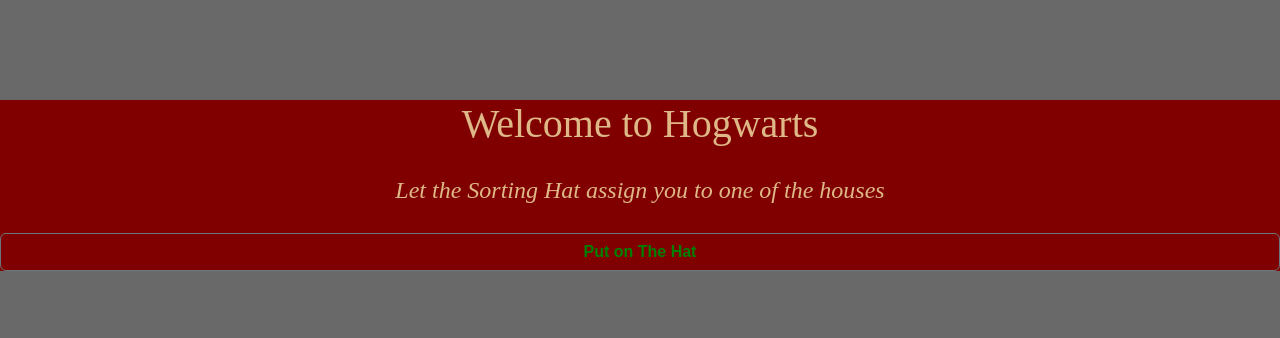
Repository: fernandabenavides618nash/INDIVIDUAL-PROJECT-sorting-hat
Page: index.html
The author's editor kept a copy of each file at every save. The page is drawn from the files as they stood at one save, then again after the next save.
The browser window is 1280 px wide. The pictures show the whole page.

Above is the page before, as saved 2023-05-04 14:42:50.

### index.html
<!DOCTYPE html>
<html lang="en">
<head>
  <meta charset="UTF-8">
  <meta http-equiv="X-UA-Compatible" content="IE=edge">
  <meta name="viewport" content="width=device-width, initial-scale=1.0">
  <title>sorting hat</title>
  <link href="https://cdn.jsdelivr.net/npm/bootstrap@5.3.0-alpha3/dist/css/bootstrap.min.css" rel="stylesheet"            integrity="sha384-KK94CHFLLe+nY2dmCWGMq91rCGa5gtU4mk92HdvYe+M/SXH301p5ILy+dN9+nJOZ" crossorigin="anonymous">
  <link rel="stylesheet" href="main.css">
</head>
<body>
  <div class="intro" id="intro-screen"></div>
  <div class="form" id="form-div"></div>
  <div class="school" id="school-div"></div>
  <div class="app" id="app"></div>
  <script src="https://cdn.jsdelivr.net/npm/bootstrap@5.3.0-alpha3/dist/js/bootstrap.bundle.min.js" integrity="sha384-ENjdO4Dr2bkBIFxQpeoTz1HIcje39Wm4jDKdf19U8gI4ddQ3GYNS7NTKfAdVQSZe" crossorigin="anonymous"></script>
  <script src="main.js"></script>
</body>
</html>

### main.css
body{
  background-color:#6a6969;
}

#intro-screen {
  background-color: maroon;
  display: flex;
  flex-direction: column;
  margin-top: 100px;
  margin-bottom: 100px;
}
.intro h1 {
  display: flex;
  justify-content: center;
  font-family: 'Times New Roman', Times, serif;
  color: burlywood;
  margin-bottom: 28px;
}

.intro h4 {
  display: flex;
  justify-content: center;
  font-family:cursive;
  color: burlywood;
  font-style: italic;
  margin-bottom: 28px;
}

#startButton {
  color: green;
  font-family: sans-serif;
  font-weight: bolder;
}

### main.js
console.log("here");

// Data

const army = [];

const houses = [
  {
    number: 1,
    name: "Gryffindor",
    color: "red",
  },
  {
    number: 2,
    name: "Hufflepuff",
    color: "yellow",
  },
  {
    number: 3,
    name: "Ravenclaw",
    color: "blue",
  },
  {
    number: 4,
    name: "Slytherin",
    color: "green",
  },
];

const voldemort = [
  {
    name: "'Voldemort's Army",
    color: "black",
  },
];

const formHtml = `<div  class="row gy-2 gx-3 align-items-center">
    <div class="col-auto">
      <label class="visually-hidden" for="name">Name</label>
      <input type="text" class="form-control" id="name" placeholder="Jane Doe">
    </div>
      <button id="sort" class="btn btn-primary" >Sort!</button>
    </div>
  </div>`;

const renderToDom = (divId, htmlToRender) => {
  const selectedDivId = document.querySelector(divId); // a variable that stores the desired div (first parameter)
  selectedDivId.innerHTML = htmlToRender; // applies the .innerHTML property to the variable that stores the desired div and results in the htmlToRender (second parameter)
};

const addRenderToDom = (divId, htmlToRender) => {
  const selectedDivId = document.querySelector(divId); // a variable that stores the desired div (first parameter)
  selectedDivId.innerHTML += htmlToRender; // applies the .innerHTML property to the variable that stores the desired div and results in the htmlToRender (second parameter)
};

const start = () => {
  const initialScreen = `<div><h1>Welcome to Hogwarts</h1></div><div><h4>Let the Sorting Hat assign you to one of the houses</h4></div><button type="button" class="btn btn-outline-secondary" id='startButton'>Put on The Hat</button>`;
  renderToDom("#intro-screen", initialScreen);
  const showFormButton = document.querySelector("#startButton");
  showFormButton.addEventListener("click", () => {
    const schoolString = `<div class="students" id="students-div"><h3>Hogwarts</h3></div>
    <div class="expelled" id="expelled-div"><h3>Voldemorts</h3></div>`
    renderToDom('#school-div', schoolString)
    renderToDom("#form-div", formHtml);
    const btnSort = document.querySelector('#sort')
    btnSort.addEventListener('click', () => {
      const name = document.querySelector('#name').value
      createNewStudent(name)
    })

  });
};
start();


const createNewStudent = (name) => {
  const houseNumber = Math.floor(Math.random() * 4)
  console.log(houseNumber)
  let houseName = ""
   houses.forEach(house => {
      if(house.number === houseNumber + 1){
        houseName += house.name
      }

   })
   createStudentCard(name, houseName)

}

const createStudentCard = (name, house) => {
  const domString = `<div class="card w-75">
  <div class="card-body">
    <h5 class="card-title">${name}</h5>
    <p class="card-text">${house}</p>
    <a href="#" class="btn btn-primary" id="btn${name}">Expel</a>
  </div>
</div>`
addRenderToDom('#students-div', domString)
const btn = document.querySelector(`#btn${name}`)
btn.addEventListener('click', () => {

})
}






/*const createNewStudent = () => {
  e.preventDefault();
  const newStudentCard = {
    name: document.querySelector("#name").value,
    house: Math.floor(Math.random() * 4),
    expel: document.querySelector("#expelId"),
  };
  students.push(newStudentCard);
};*/

/*const roster = (array) => {
  let domString = `<div class="card w-75">
  <div class="card-body">
    <h5 class="card-title">${students.name}</h5>
    <p class="card-text">${students.house}</p>
    <a href="#" class="btn btn-primary" id="expelId">Expel</a>
  </div>
</div>`;
};
*/

After the next save:
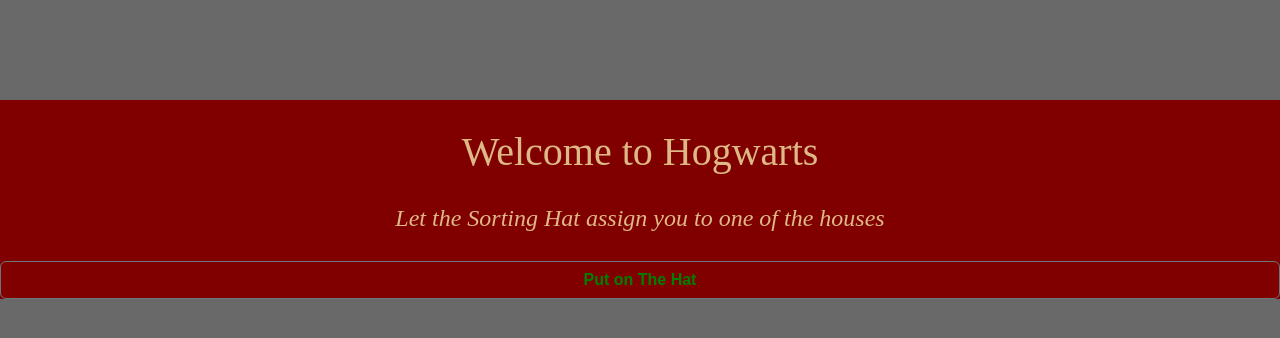
Saved 21 s later.
--- a/main.css
+++ b/main.css
@@ -14,6 +14,7 @@
   justify-content: center;
   font-family: 'Times New Roman', Times, serif;
   color: burlywood;
+  margin-top: 28px;
   margin-bottom: 28px;
 }
 
